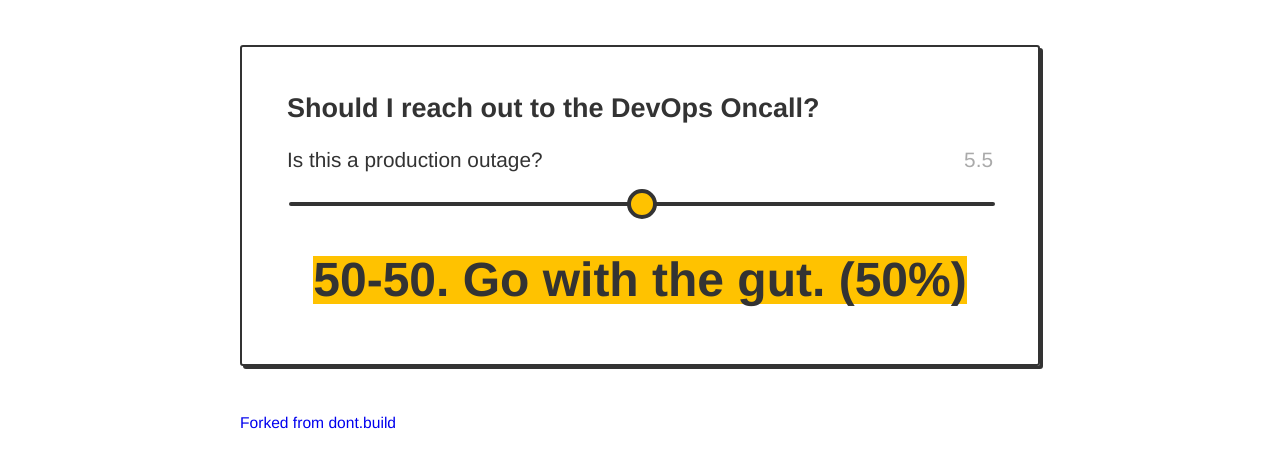
Repository: harishbsrinivas/dont.call
Page: index.html
These files come from the project's save history. The page is drawn as it stood at one moment and after the next save; the edit follows.
The browser window is 1280 px wide. The pictures show the whole page.

Above is the page before, as saved 2022-12-03 17:14:09.
Console error: TypeError: Cannot set properties of null (setting 'value')

### index.html
<!DOCTYPE html>
<html lang="en-US">

<head>
    <meta charset="utf-8" />
    <title>Should I reach out to the DevOps oncall?</title>
    <meta name="description"
        content="A simple, opinionated decision system to help decide whether to reach out to the Devops oncall?" />
    <link rel="shortcut icon" href="https://dont.build/favicon.png" />
    <meta property="og:image" content="https://dont.build/thumb.png">
    <meta name="viewport" content="width=device-width, initial-scale=1" />
    <link href="style.css?v=2" rel="stylesheet" type="text/css" />
</head>

<body>

    <div class="container">
        <section class="box">
            <h1 class="title">Should I reach out to the DevOps Oncall?</h1>
            <br />
            <form class="form">
                <fieldset class="p-outage">
                    <span class="value"></span>
                    <label>Is this a production outage?</label>
                    <input type="range" min="1" max="10" step="0.5" value="5.5" />
                </fieldset>
            </form>
            <h1 class="answer">
                <span><span class="bool"></span> (<span class="percent"></span>)</span>
            </h1>
        </section>

        <noscript>
            <h1>This page requires Javascript to function.</h1>
        </noscript>

        <footer><a href="https://github.com/knadh/dont.build">Forked from dont.build</a>
        </footer>
    </div>


    <script>
        (function () {
            const params = [
                { weight: 0.10, value: 5.5, negative: false, name: 'p-outage', },
                { weight: 0.20, value: 5.5, negative: false, name: 'p-user-value', },
                { weight: 0.20, value: 5.5, negative: false, name: 'p-feature-value', },
                { weight: 0.15, value: 5.5, negative: true, name: 'p-effort', },
                { weight: 0.20, value: 5.5, negative: true, name: 'p-negative-impact', },
                { weight: 0.15, value: 5.5, negative: true, name: 'p-operational-complexity', },
            ]

            params.forEach((p, n) => {
                let net = 0;
                const inp = document.querySelector(`.${p.name} input`);

                inp.value = p.value;
                inp.oninput = (e) => {
                    const val = parseFloat(e.target.value, 64);
                    document.querySelector(`.${p.name} .value`).innerText = val;
                    p.value = val;

                    // Sum all weighted params.
                    const sum = params.reduce((prev, pm) => {
                        let v = pm.value;
                        if (pm.negative) {
                            v = 10 - v;
                        }

                        return prev + (v / 10 * pm.weight);
                    }, 0);

                    // Display the results.
                    document.querySelector(".answer .percent").innerText = `${(sum * 100).toFixed(0)}%`;

                    let b = 'Yes';
                    if (sum < 0.5 && sum > 0.46) {
                        b = `No, but a close call.`;
                    } else if (sum < 0.48) {
                        b = `No.`;
                    } else if (sum > 0.5 && sum < 0.54) {
                        b = `Yes, but a close call.`;
                    } else if (sum === 0.5) {
                        b = '50-50. Go with the gut.';
                    }
                    document.querySelector(".answer .bool").innerText = b;
                };

                inp.dispatchEvent(new Event('input'));
            });
        })();
    </script>

</body>

</html>

### style.css
:root {
    --primary: #ffc200;
    --secondary: #333;
}

* {
    box-sizing: border-box;
}

html, body {
    margin: 0;
}

body {
    font-family: 'Helvetica Neue', 'Segoe UI', Arial, sans-serif;
    font-size: 18px;
    line-height: 24px;
    color: var(--secondary);
    height: 100%;
    margin: 0;
    padding: 0;
}

h1, h2, h3 {
  line-height: 2rem;
}

a {
    text-decoration: none;
}

p {
  color: #666;
}

fieldset {
  padding: 0;
  margin: 0;
  border: 0;
}

input[type="range"] {
  -webkit-appearance: none;
  width: 100%;
  height: 4px;
  background: var(--secondary);
  border-radius: 3px;
}

input[type="range"]::-webkit-slider-thumb {
  -webkit-appearance: none;
  background: var(--primary);
  height: 30px;
  width: 30px;
  border-radius: 50%;
  cursor: pointer;
  border: 4px solid var(--secondary);
}

input[type="range"]::-moz-range-thumb {
  background: var(--primary);
  border-radius: 100%;
  height: 20px;
  width: 20px;
  cursor: pointer;
  border: 4px solid var(--secondary);
}

input[type=range]::-webkit-slider-runnable-track  {
  -webkit-appearance: none;
  box-shadow: none;
  border: none;
  background: transparent;
}


button {
    background: var(--primary);
    cursor: pointer;
    border-color: #000;
    padding: 10px 30px;
}
    button:hover {
        background: #aaa;
    }

.container {
    max-width: 800px;
    margin: 45px auto 30px auto;
}
.box {
    padding: 30px 45px;
    border: 1px solid #ddd;
    border-radius: 3px;
    border: 2px solid var(--secondary);
    box-shadow: 3px 3px 0px var(--secondary);
    margin-bottom: 45px;
}

.container .title {
  margin: 15px 0 0px 0;
}

.help {
  margin-top: 5px;
}

.form {
  clear: both;
}
.form fieldset {
  font-size: 1.3rem;
  margin-bottom: 45px;
}
  .form label {
    display: block;
    margin-bottom: 15px;
  }
  .form .value, .help {
    float: right;
    color: #aaa;
  }

.answer {
  text-align: center;
  margin: 30px 0;
  font-size: 3rem;
  line-height: 3rem;
}
  .answer span {
    display: inline-block;
    background: var(--primary);
  }

footer {
  margin: 30px auto;
  color: #999;
  font-size: 0.975rem;
}

@media (max-width: 800px) {
  .container {
    max-width: none;
    margin: 20px 30px 20px 20px;
    padding: 0;
  }
  .box {
    padding: 0;
    border: 0;
    box-shadow: none;
  }
  .help {
    float: none;
  }
  .form label {
    float: left;
    max-width: 90%;
  }
}


@media (max-width: 400px) {
  .form label {
    max-width: 70%;
  }
}

After the next save:
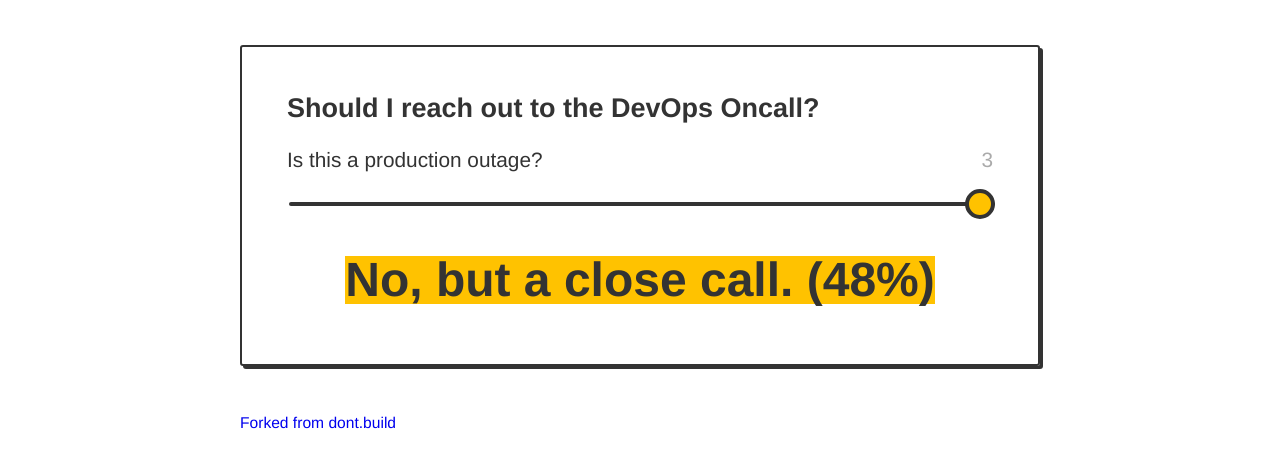
Saved 26 s later.
--- a/index.html
+++ b/index.html
@@ -22,7 +22,7 @@
                 <fieldset class="p-outage">
                     <span class="value"></span>
                     <label>Is this a production outage?</label>
-                    <input type="range" min="1" max="10" step="0.5" value="5.5" />
+                    <input type="range" min="1" max="3" step="1" value="2" />
                 </fieldset>
             </form>
             <h1 class="answer">
